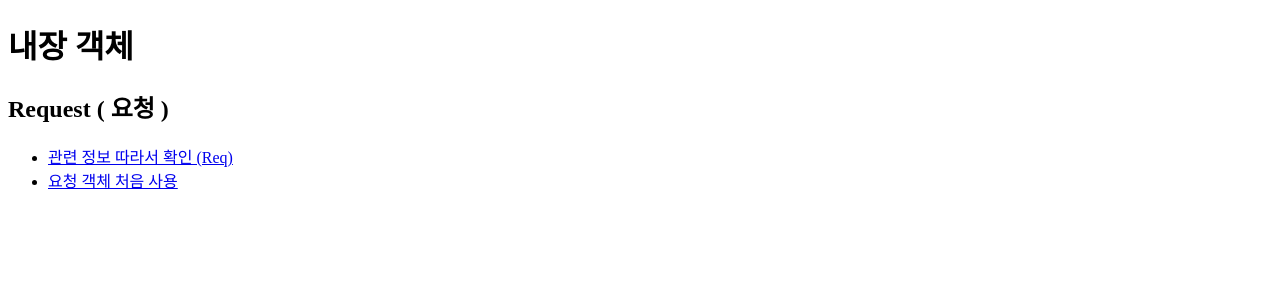
Repository: Kimgigon123123/JspServlet
Page: http://localhost/04.Implicit/
An editor plug-in stored every save of this project. The page is shown before and after the next save, followed by the edit.
The browser window is 1280 px wide. The pictures show the whole page.
The page is served by Tomcat 9.

Above is the page before, as saved 2023-05-22 02:26:57.

After the next save:
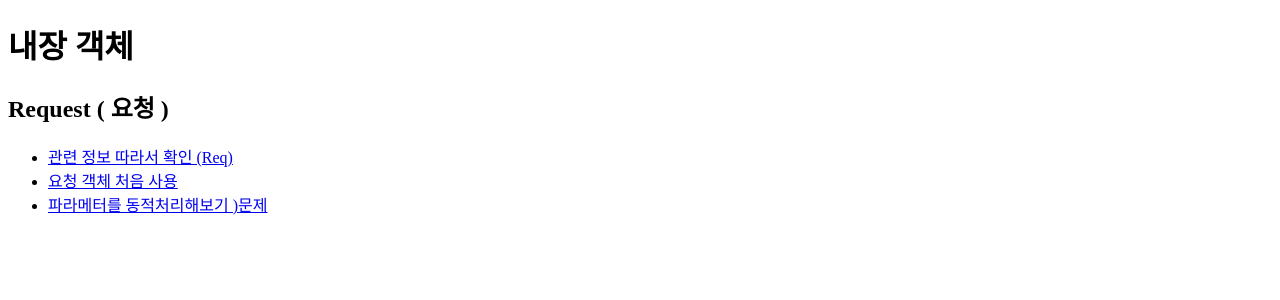
Saved 81 s later.
--- a/WorkSpace/04.Implicit/src/main/webapp/index.jsp
+++ b/WorkSpace/04.Implicit/src/main/webapp/index.jsp
@@ -12,6 +12,7 @@
 	<ul>
 		<li><a href="Ex01_Request/Ex00_IntoRequest.jsp">관련 정보 따라서 확인 (Req)</a></li>
 		<li><a href="Ex01_Request/Ex01_Request.jsp">요청 객체 처음 사용</a></li>
+		<li><a href="Ex01_Request/Ex02_Request.jsp">파라메터를 동적처리해보기 )문제</a></li>
 	</ul>
 </body>
 </html>
